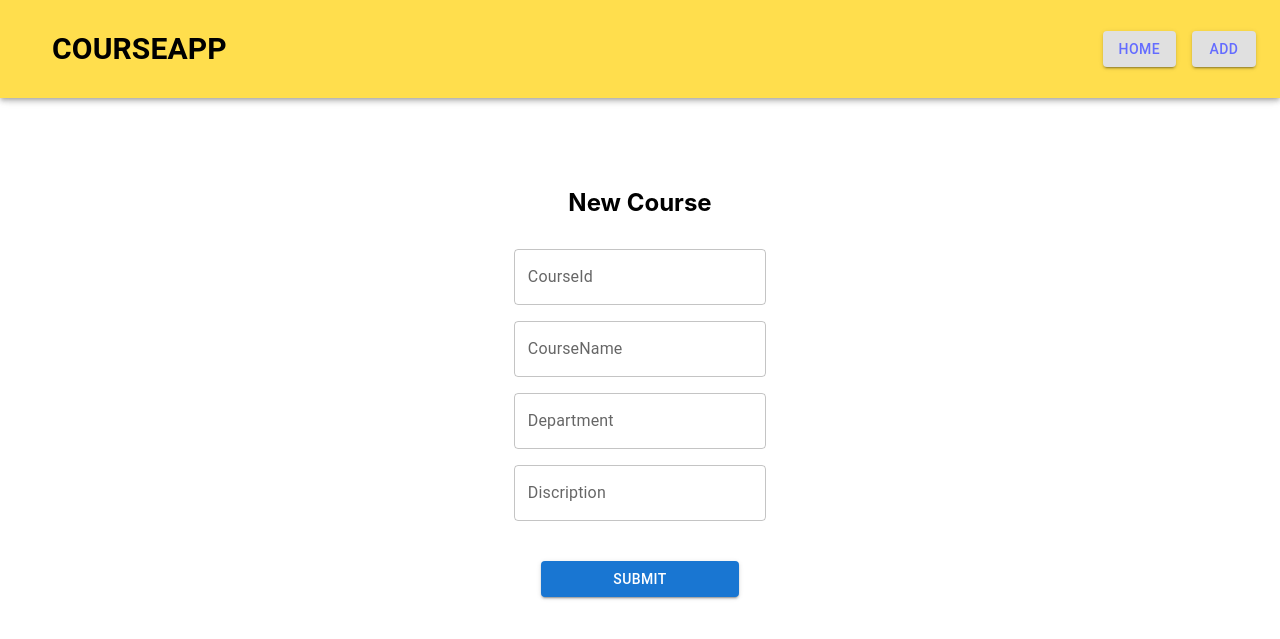
Repository: sarathraj2002/courseapp
Page: /add (app in Frontend/)
These files come from the project's save history. The page is drawn as it stood at one moment and after a run of saves; the edit follows.
The browser window is 1280 px wide. The pictures show the whole page.
The project was rebuilt for these pictures with package versions that can differ from the ones it lists, and the page was loaded fresh each time. Also part of the build but not shown: Frontend/vite.config.js, Frontend/src/components/Home.jsx.

Above is the page before, as saved 2024-10-14 10:12:01.

### Frontend/src/main.jsx
import { StrictMode } from 'react'
import { createRoot } from 'react-dom/client'
import App from './App.jsx'
import './index.css'
 import {BrowserRouter} from 'react-router-dom'
createRoot(document.getElementById('root')).render(
  <StrictMode>
    <BrowserRouter>
    <App />
    </BrowserRouter>
  </StrictMode>,
)

### Frontend/src/App.jsx
import { useState } from 'react'
import Home from './components/Home'
import './App.css'
import { Route, Routes } from 'react-router-dom'
import Navbar from './components/Navbar'
import Add from './components/Add'

function App() {
  const [count, setCount] = useState(0)

  return (
    <>
      <Navbar/>
      <Routes>
        <Route path='/' element={<Home/>}></Route>
        <Route path='/add' element={<Add/>}></Route>
      </Routes>
    </>
  )
}

export default App

### Frontend/src/components/Navbar.jsx
import { AppBar, Box, Button, IconButton, Toolbar, Typography } from "@mui/material"
import { Link } from "react-router-dom"
import React from 'react'


const Navbar = () => {
    return (
      <Box sx={{ flexGrow: 1 }}>
      <AppBar position="fixed" sx={{backgroundColor:'#FFDE4D'}}  >
        <Toolbar>
          <IconButton
            size="large"
            edge="start"
            color="inherit"
            aria-label="menu"
            sx={{ mr: 2 }}
          >

          </IconButton>
          <Typography variant="h6" component="div" sx={{ flexGrow: 1,color:'black',textAlign:'left' }}>
              <h2> COURSEAPP</h2>
          </Typography>
       <Link to={'/'}><Button variant='contained' sx={{margin:2}} color="inherit">Home</Button></Link>
       <Link to={'/add'}><Button variant='contained'  color="inherit">ADD</Button></Link>

        </Toolbar>
      </AppBar>
      </Box>
    )
  }

  export default Navbar

### Frontend/src/components/Add.jsx
import { Box, Button, TextField } from "@mui/material";
import React , { useState } from "react";

const Add=()=> {
    const [course,setCourse] = useState({
        CourseId:'',
        CourseName:'',
        Category:'',
        Discription:'',
        Fees:''
    })

    const fetchValue=(c)=>{
        setCourse({...course,[c.target.name]:c.target.value})
    };
    const sendData=()=>{
        console.log(course)
    }
    const useLocation=location

    return(

        <div>
    <h2 style={{ paddingTop: "50px",color:"black" }}>New Course</h2>

    <Box
    component="form"
    sx={{ '& > :not(style)': { m: 1, width: '25ch' } }}
    noValidate
    autoComplete="off"
  >

    <TextField id="standard-basic"
     label="CourseId"
     value={course.CourseId}
      variant="outlined"

      onChange={fetchValue}
       name="CourseId"

       /><br/>

     <TextField id="standard-basic"
      label="CourseName"
      value={course.CourseName}
      variant="outlined"

      onChange={fetchValue}
      name="CourseName" /><br/>

    <TextField id="standard-basic"
    label="Department"
    value={course.Category}
    variant="outlined"

     onChange={fetchValue}
     name="Category" /><br/>

    <TextField id="standard-basic"
    label="Discription"
    value={course.Discription}
     variant="outlined"

    onChange={fetchValue}
    name="Discription" /><br/>

<br/>
    <Button onClick={sendData} variant="contained">submit</Button>
    </Box>
    </div>
  )
}

export default Add

Loaded but not shown: Frontend/index.html (common file); Frontend/src/index.css (common file); Frontend/src/App.css (common file)

After the next 5 saves:
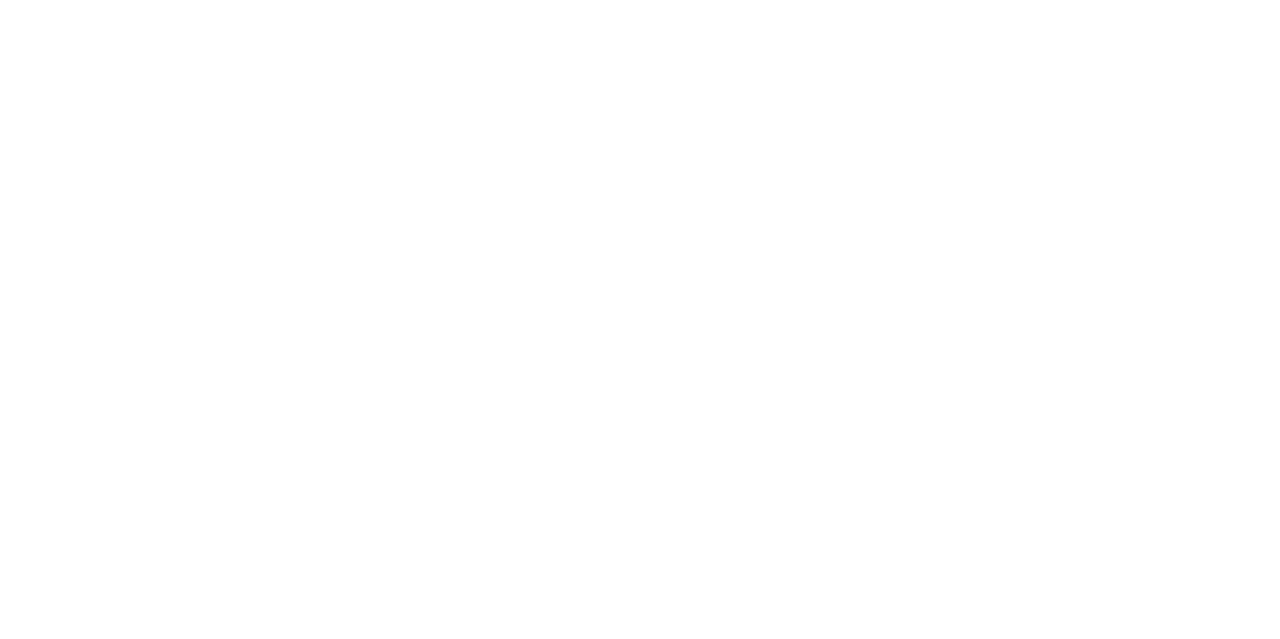
Console error: ReferenceError: useLo is not defined
The 5 saves are shown as one change because 2 did not build or start and some came seconds apart.
The last was saved 23 s later.
--- a/Frontend/src/components/Add.jsx
+++ b/Frontend/src/components/Add.jsx
@@ -16,7 +16,7 @@
     const sendData=()=>{
         console.log(course)
     }
-    const useLocation=location
+    const location=useLo
 
     return(
 

After the 2 saves that followed:
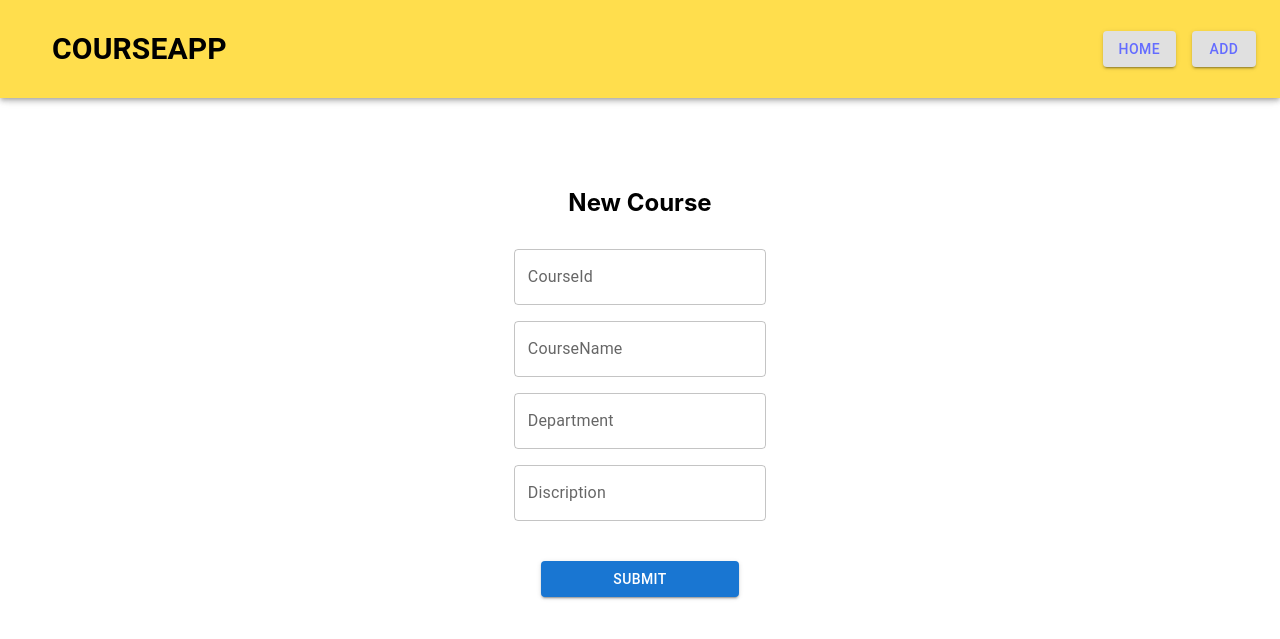
The error is gone.
The 2 saves are shown as one change because they came seconds apart.
The last was saved 7 s later.
--- a/Frontend/src/components/Add.jsx
+++ b/Frontend/src/components/Add.jsx
@@ -1,5 +1,6 @@
 import { Box, Button, TextField } from "@mui/material";
 import React , { useState } from "react";
+import { useLocation } from "react-router-dom";
 
 const Add=()=> {
     const [course,setCourse] = useState({
@@ -16,7 +17,7 @@
     const sendData=()=>{
         console.log(course)
     }
-    const location=useLo
+    const location=useLocation()
 
     return(
 
